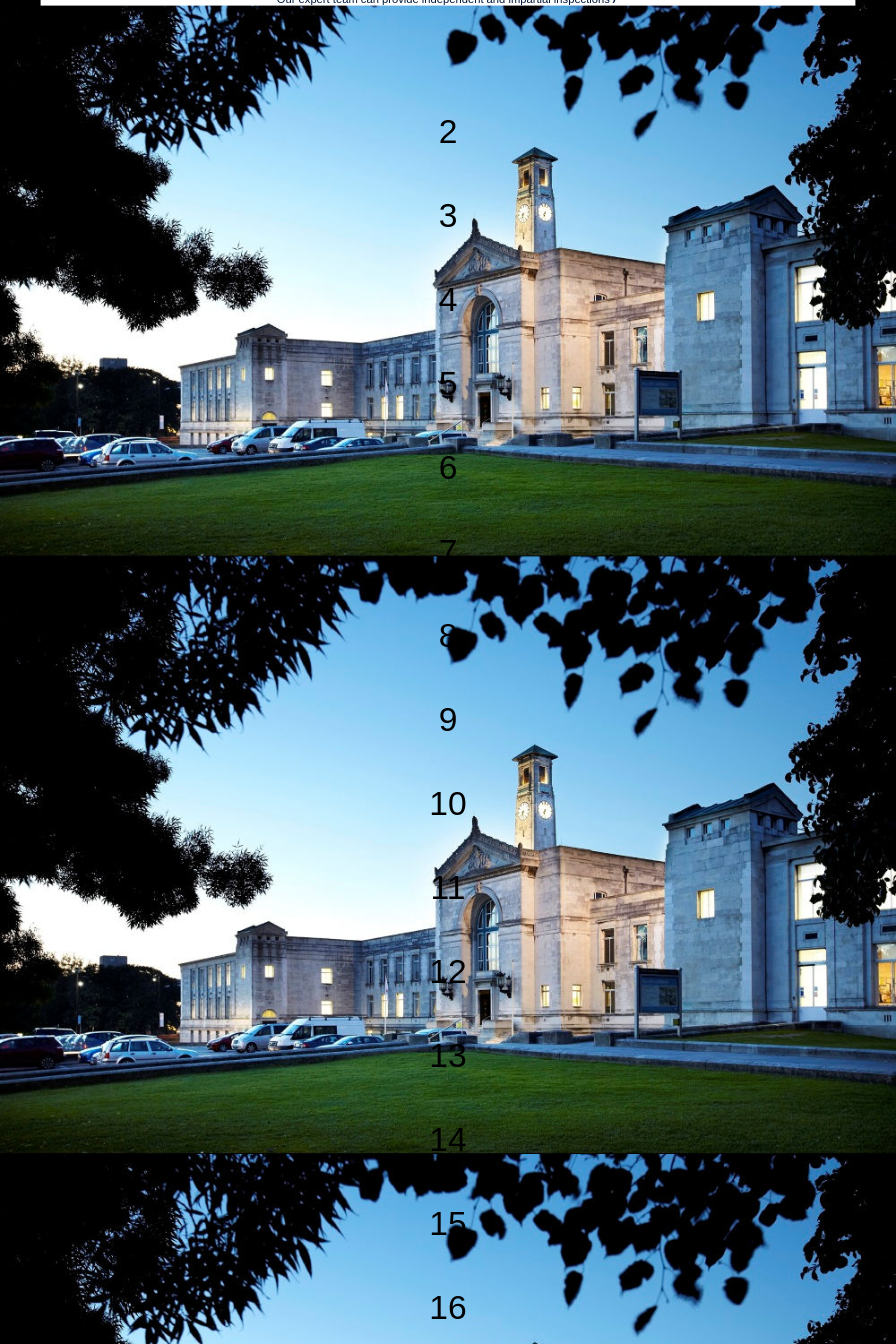
Repository: Domehead123/advent
Page: index.html
The author's editor kept a record of every edit. The page is drawn from the files as they stood at one moment, then again after the next edit.
The browser window is 1280 px wide. The pictures show the part of the page from y = 0 to 1920 px (the page is 2888 px tall), at 70% of full size.

Above is the page before.

### index.html
<!DOCTYPE html>
<html lang="en">
<head>
    <meta charset="UTF-8">
    <meta name="viewport" content="width=device-width, initial-scale=1.0">
    <meta http-equiv="X-UA-Compatible" content="ie=edge">
    <link rel="stylesheet" href="style.css" type="text/css" />
    <title>Document</title>
</head>
<body>
    <div class="window-wrapper">

        <div class="window-open"><a href="https://www.southampton.gov.uk/roads-parking/highway/mot/"></span><span class="window-header">MOT service</span>
        <span class="abstract">Our expert team can provide independent and impartial inspections</span><span class="day">1</span></a></div>


        <div class="window-closed">2</div>
        <div class="window-closed">3</div>
        <div class="window-closed">4</div>
        <div class="window-closed">5</div>
        <div class="window-closed">6</div>
        <div class="window-closed">7</div>
        <div class="window-closed">8</div>
        <div class="window-closed">9</div>
        <div class="window-closed">10</div>
        <div class="window-closed">11</div>
        <div class="window-closed">12</div>
        <div class="window-closed">13</div>
        <div class="window-closed">14</div>
        <div class="window-closed">15</div>
        <div class="window-closed">16</div>
        <div class="window-closed">17</div>
        <div class="window-closed">18</div>
        <div class="window-closed">19</div>
        <div class="window-closed">20</div>
        <div class="window-closed">21</div>
        <div class="window-closed">22</div>
        <div class="window-closed">23</div>
        <div class="window-closed">24</div>
    </div>
</body>
</html>

### style.css
body {
    background-image: url("images/civic-centre-2.jpg");
    background-size: cover;
    background-position: center;
    height: 100vh;
}

.window-wrapper {
    padding: 80px 50px 0 50px;
    text-align: center;
}

.window  {
    background: #00193c;
    color: #fff;
    opacity: 0.8;
    width: 190px;
    height: 120px;

    display: inline-block;
    vertical-align: top;
    margin: 15px;
}

.window-closed {
    font-size: 3em;
    text-align: center;
    font-family: "franklin-gothic-urw",sans-serif;
    line-height: 120px;
}


.window-open  {
    background: #fff;
    height: 100%;
    text-align: center;
    font-family: "franklin-gothic-urw",sans-serif;
    transition: 0.4s all;
    position: relative;
    top: -120px;
}

.window-open:hover {
   background: #ddd;
}

.day {
    display: inline-block;
    position: relative;
    top: -90px;
    left: -130px;
    color: #333;
    font-size: 0.9em;
    text-decoration: none;
}

.window-open a {
    text-decoration: none;
    color: #00193c;
    transition: 0.4s all;
}

.window-open:hover a {
    text-decoration: underline;
}

.window-header {

font-weight: bold;
margin: 0 0 4px 0;
display: block;
}

.abstract::after {
content: "\203A";
display: inline-block;
text-decoration: none;
font-weight: bold;
line-height: 0;
position: relative;
top: 1px;
left: 3px;
}

After the next edit:
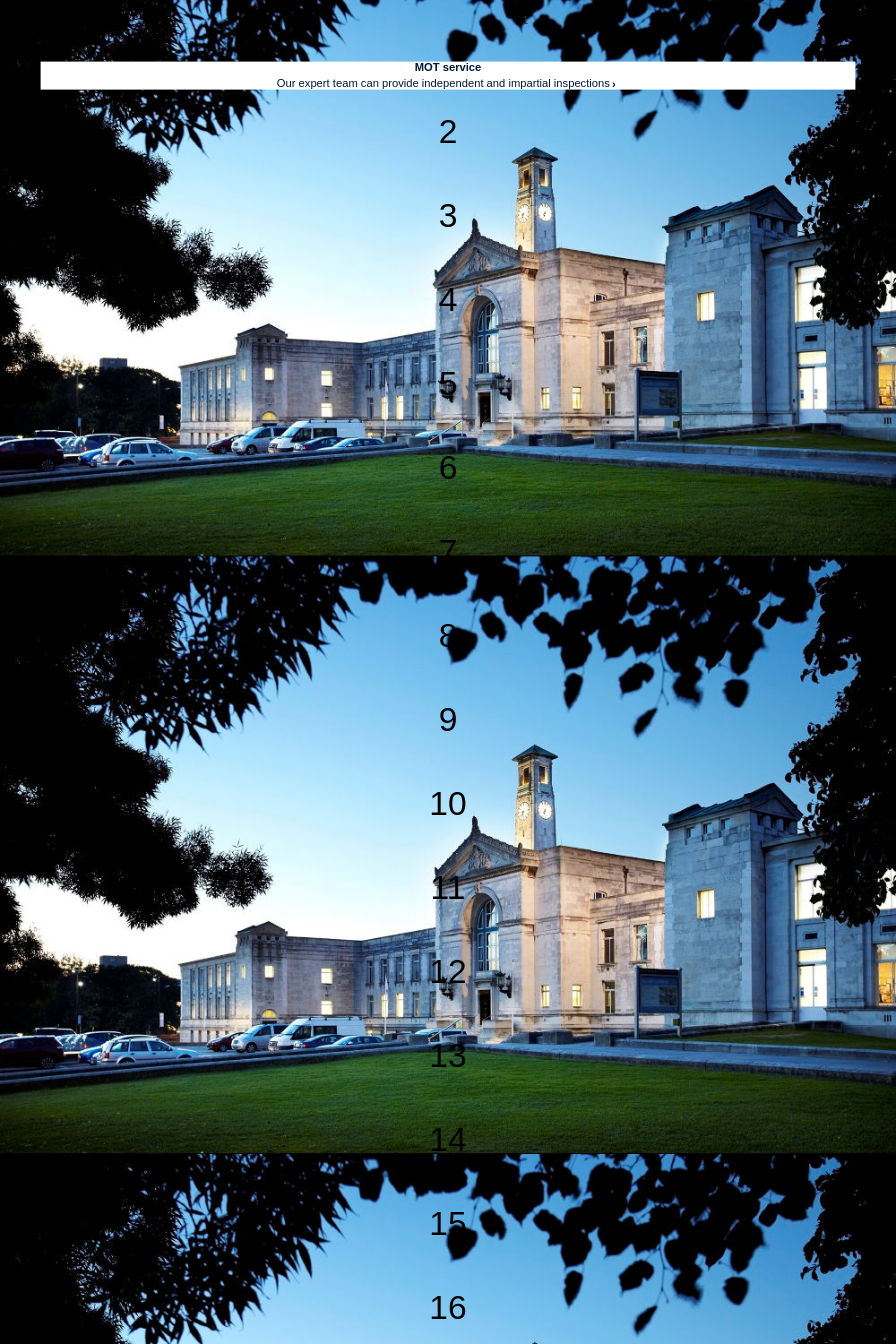
The edit:
--- a/style.css
+++ b/style.css
@@ -37,7 +37,7 @@
     font-family: "franklin-gothic-urw",sans-serif;
     transition: 0.4s all;
     position: relative;
-    top: -120px;
+
 }
 
 .window-open:hover {
